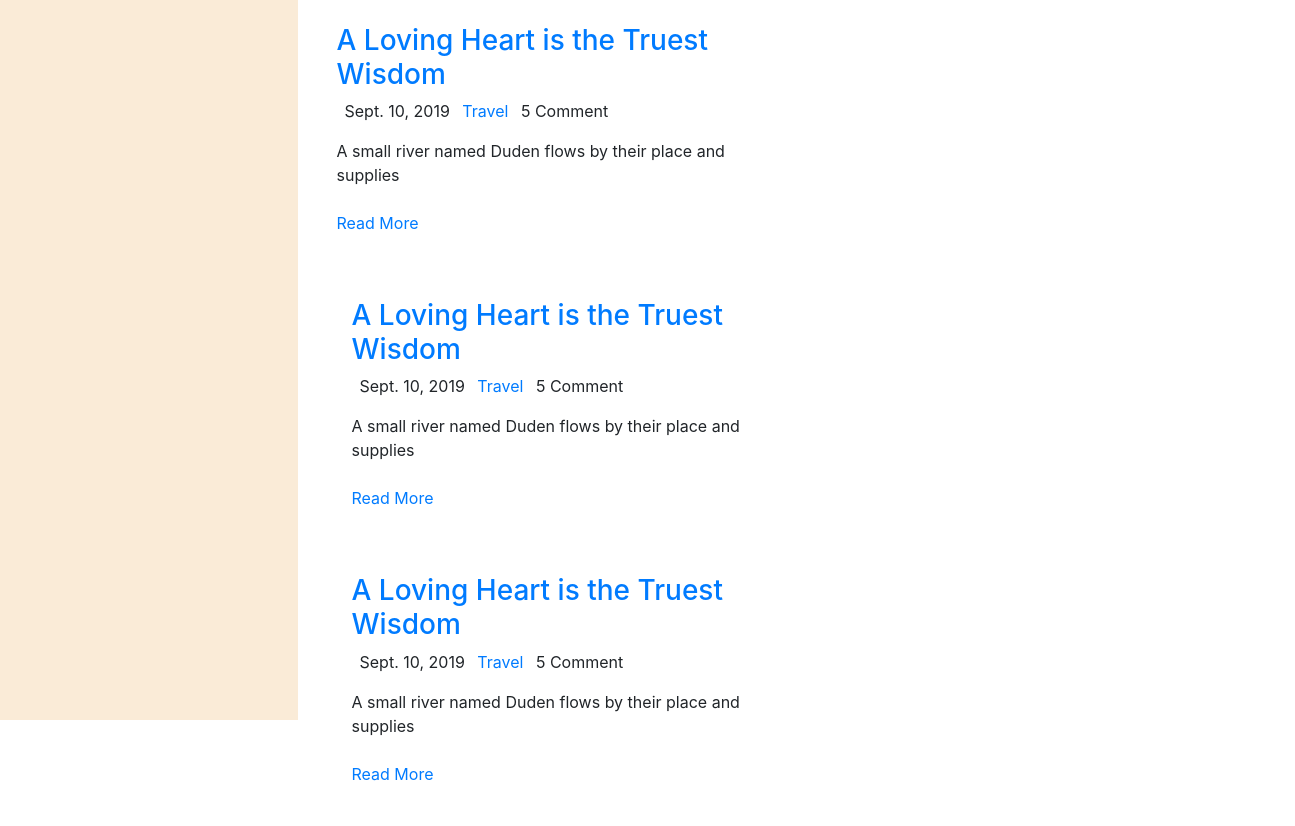
Repository: tts2610/GoogleNews
Page: index.html
The author's editor kept a copy of each file at every save. The page is drawn from the files as they stood at one save, then again after the next save.
The browser window is 1280 px wide. The page is 1295 px wide, so the pictures cover 1295 px, including what lies to the right of the window. The pictures show the whole page.
The page's requests for data from a server got no answer.

Above is the page before, as saved 2020-05-20 13:21:27.

### index.html
<!DOCTYPE html>
<html lang="en">

<head>
    <meta charset="UTF-8">
    <meta name="viewport" content="width=device-width, initial-scale=1.0">
    <title>Document</title>
    <link rel="stylesheet" href="https://maxcdn.bootstrapcdn.com/bootstrap/4.4.1/css/bootstrap.min.css">

    <!-- jQuery library -->
    <script src="https://ajax.googleapis.com/ajax/libs/jquery/3.5.1/jquery.min.js"></script>

    <!-- Popper JS -->
    <script src="https://cdnjs.cloudflare.com/ajax/libs/popper.js/1.16.0/umd/popper.min.js"></script>

    <!-- Latest compiled JavaScript -->
    <script src="https://maxcdn.bootstrapcdn.com/bootstrap/4.4.1/js/bootstrap.min.js"></script>
    <link rel="stylesheet" href="css/style.css">
</head>

<body>
    <div class="row">
        <div class="col-3" style="padding-left: 0px;">
            <div class="navbar"></div>
        </div>

        <div class="col-9" style="padding-left: 0px;">
            <div class="col-6" style="padding-left: 0px;">

                <div class="blog-entry ftco-animate active">
                    <div class="carousel-blog owl-carousel">
                        <div class="item">
                            <a href="single.html" class="img" style="background-image: url(images/image_1.jpg);"></a>
                        </div>
                        <div class="item">
                            <a href="single.html" class="img" style="background-image: url(images/image_7.jpg);"></a>
                        </div>
                        <div class="item">
                            <a href="single.html" class="img" style="background-image: url(images/image_8.jpg);"></a>
                        </div>
                    </div>
                    <div class="text p-4">
                        <h3 class="mb-2"><a href="single.html">A Loving Heart is the Truest Wisdom</a></h3>
                        <div class="meta-wrap">
                            <p class="meta">
                                <span><i class="icon-calendar mr-2"></i>Sept. 10, 2019</span>
                                <span><a href="single.html"><i class="icon-folder-o mr-2"></i>Travel</a></span>
                                <span><i class="icon-comment2 mr-2"></i>5 Comment</span>
                            </p>
                        </div>
                        <p class="mb-4">A small river named Duden flows by their place and supplies</p>
                        <p><a href="#" class="btn-custom">Read More <span class="ion-ios-arrow-forward"></span></a></p>
                    </div>
                </div>

            </div>
            <div class="col-6">
                <div class="blog-entry ftco-animate active">
                    <div class="carousel-blog owl-carousel">
                        <div class="item">
                            <a href="single.html" class="img" style="background-image: url(images/image_1.jpg);"></a>
                        </div>
                        <div class="item">
                            <a href="single.html" class="img" style="background-image: url(images/image_7.jpg);"></a>
                        </div>
                        <div class="item">
                            <a href="single.html" class="img" style="background-image: url(images/image_8.jpg);"></a>
                        </div>
                    </div>
                    <div class="text p-4">
                        <h3 class="mb-2"><a href="single.html">A Loving Heart is the Truest Wisdom</a></h3>
                        <div class="meta-wrap">
                            <p class="meta">
                                <span><i class="icon-calendar mr-2"></i>Sept. 10, 2019</span>
                                <span><a href="single.html"><i class="icon-folder-o mr-2"></i>Travel</a></span>
                                <span><i class="icon-comment2 mr-2"></i>5 Comment</span>
                            </p>
                        </div>
                        <p class="mb-4">A small river named Duden flows by their place and supplies</p>
                        <p><a href="#" class="btn-custom">Read More <span class="ion-ios-arrow-forward"></span></a></p>
                    </div>
                </div>
            </div>
            <div class="col-6">
                <div class="blog-entry ftco-animate active">
                    <div class="carousel-blog owl-carousel">
                        <div class="item">
                            <a href="single.html" class="img" style="background-image: url(images/image_1.jpg);"></a>
                        </div>
                        <div class="item">
                            <a href="single.html" class="img" style="background-image: url(images/image_7.jpg);"></a>
                        </div>
                        <div class="item">
                            <a href="single.html" class="img" style="background-image: url(images/image_8.jpg);"></a>
                        </div>
                    </div>
                    <div class="text p-4">
                        <h3 class="mb-2"><a href="single.html">A Loving Heart is the Truest Wisdom</a></h3>
                        <div class="meta-wrap">
                            <p class="meta">
                                <span><i class="icon-calendar mr-2"></i>Sept. 10, 2019</span>
                                <span><a href="single.html"><i class="icon-folder-o mr-2"></i>Travel</a></span>
                                <span><i class="icon-comment2 mr-2"></i>5 Comment</span>
                            </p>
                        </div>
                        <p class="mb-4">A small river named Duden flows by their place and supplies</p>
                        <p><a href="#" class="btn-custom">Read More <span class="ion-ios-arrow-forward"></span></a></p>
                    </div>
                </div>
            </div>
        </div>

    </div>



    <script src="js/script.js"></script>
</body>

</html>

### css/style.css
.navbar {
    background-color: antiquewhite;
    height: 100vh;
    width: 100%;
}

### js/script.js
let newsList = [];
const apiKey = "2dc86bcdc7184b17b45b74b30858f75a"
const loadNews = async() => {
    let url = `https://newsapi.org/v2/top-headlines?country=us&apiKey=${apiKey}`;
    let data = await fetch(url);
    let result = await data.json();

    console.log("what we get here", result);
}

loadNews();

After the next save:
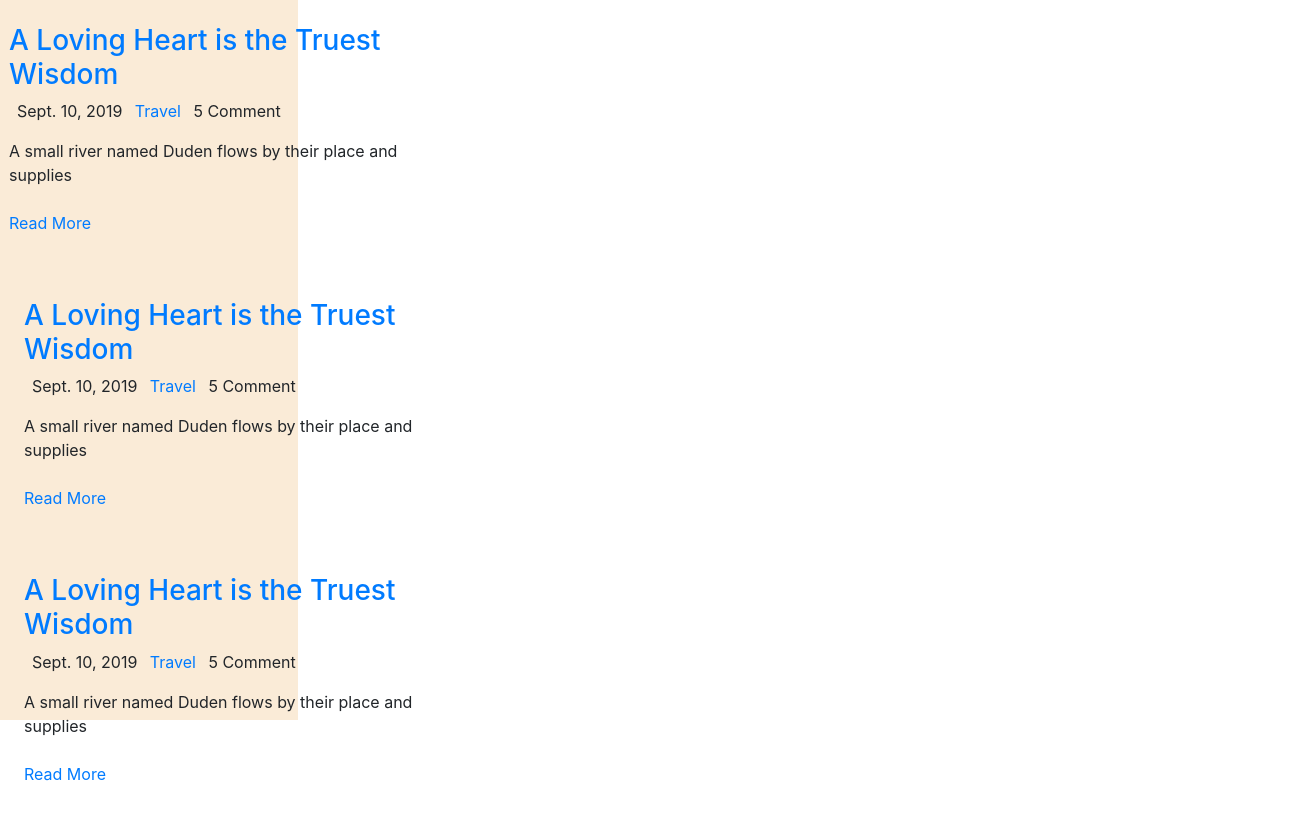
Saved 82 s later.
--- a/index.html
+++ b/index.html
@@ -24,7 +24,7 @@
             <div class="navbar"></div>
         </div>
 
-        <div class="col-9" style="padding-left: 0px;">
+        <div class="col-9" style="padding-left: 0px;position: absolute;overflow-y: scroll;">
             <div class="col-6" style="padding-left: 0px;">
 
                 <div class="blog-entry ftco-animate active">

After the save that followed:
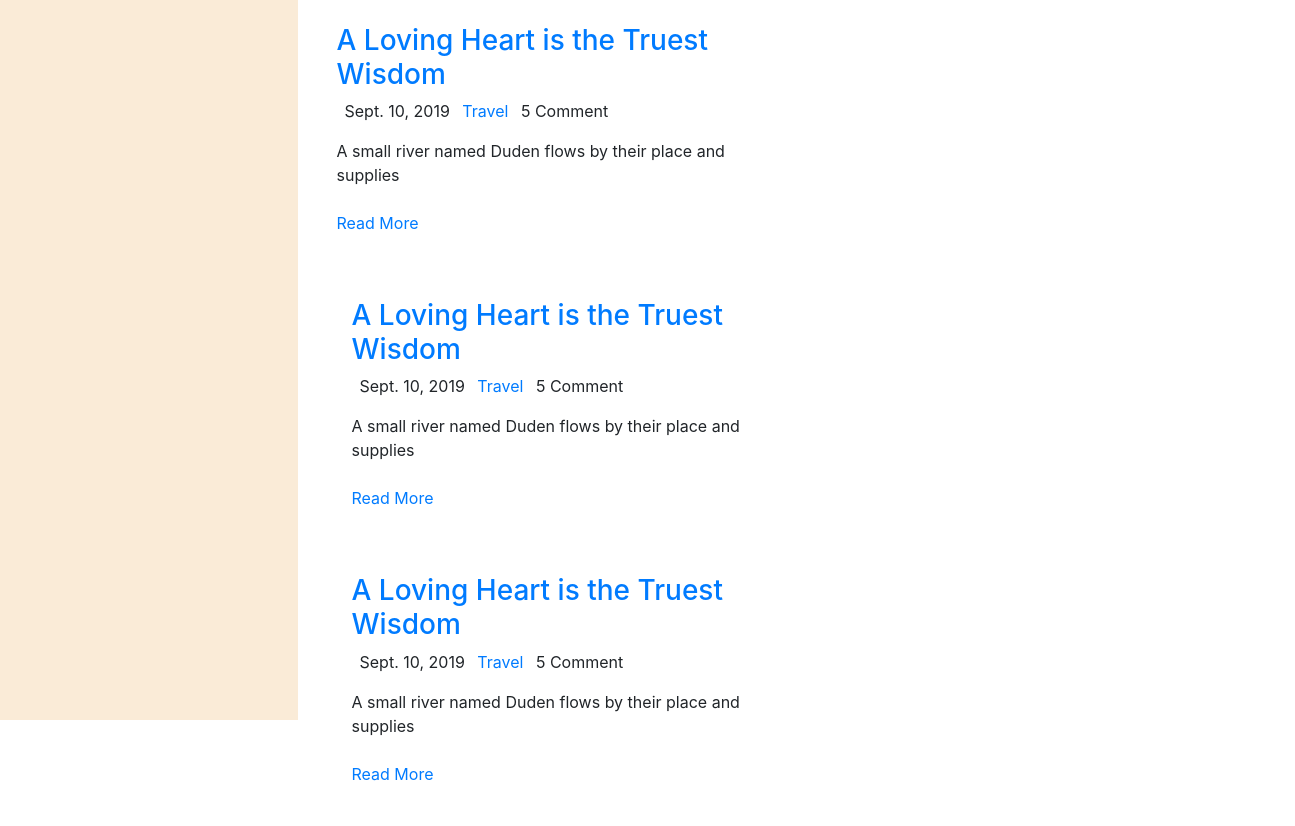
Saved 14 s later.
--- a/index.html
+++ b/index.html
@@ -24,7 +24,7 @@
             <div class="navbar"></div>
         </div>
 
-        <div class="col-9" style="padding-left: 0px;position: absolute;overflow-y: scroll;">
+        <div class="col-9" style="padding-left: 0px;overflow-y: scroll;">
             <div class="col-6" style="padding-left: 0px;">
 
                 <div class="blog-entry ftco-animate active">
